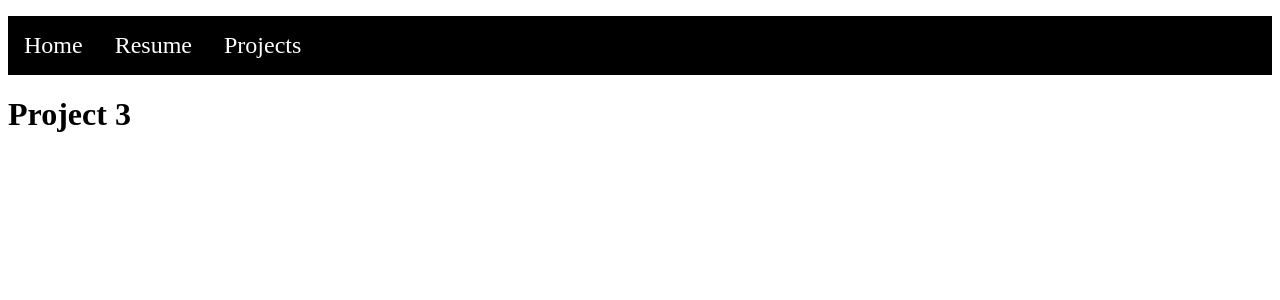
Repository: Dankusmemius/Dankusmemius.github.io
Page: project3.html
The author's editor kept a record of every edit. The page is drawn from the files as they stood at one moment, then again after the next edit.
The browser window is 1280 px wide. The pictures show the whole page.

Above is the page before.

### project3.html
<!DOCTYPE html>
<html>
  <head>
  <title>Project 3</title>
  <link rel="stylesheet" type="text/css" href="style.css">

  </head>
  <body>
    <ul class="navbar">
      <li><a href="/index.html">Home</a></li>
      <li><a href="resume.html">Resume</a></li>
      <li class = "dropdown">
        <div>Projects</div>
        <ul class="dropdown-content">
          <li><a href="#">Project 1</a></li>
          <li><a href="#">Project 2</a></li>
          <li><a href="#">Project 3</a></li>
        </ul>
      </li>

    </ul>
    <h1>Project 3</h1>

  </body>
</html>

### style.css
.navbar{
      list-style: none;
      background-color: black;
      overflow: hidden;
      padding: 0;
    }

    .navbar a, .dropdown div{
      text-decoration: none;
      color: white;
      font-size: 24px;
      padding: 16px;
      display: inline-block;
    }
    .navbar li{
      float: left;
    }

    .navbar li:hover{
      background-color: brown;
    }

    .dropdown-content{
      list-style: none;
      padding: 0;
      display: none;
      position: absolute;
      z-index: 1;
      background-color: black;
    }

    .dropdown-content li{
      float:none;
    }

    .dropdown:hover .dropdown-content{
      display: block;
    }
    .active{
        background-color:blue;
    }

     .p{
       font-size: 30px;
     }

After the next edit:
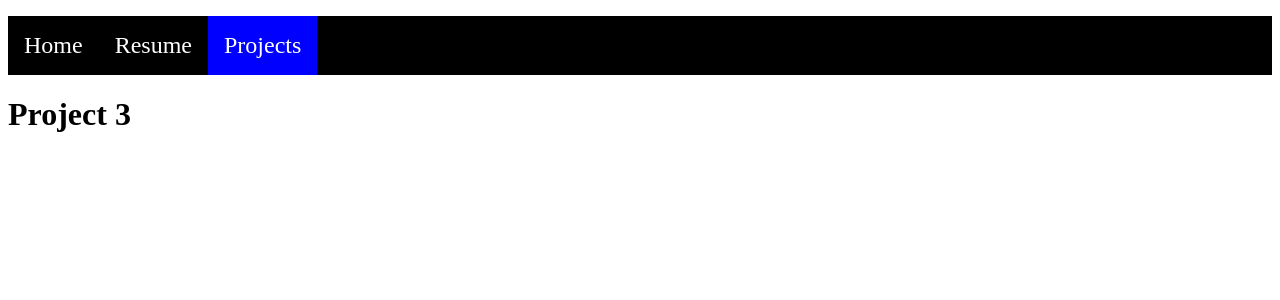
The edit:
--- a/project3.html
+++ b/project3.html
@@ -10,7 +10,7 @@
       <li><a href="/index.html">Home</a></li>
       <li><a href="resume.html">Resume</a></li>
       <li class = "dropdown">
-        <div>Projects</div>
+        <div class="active">Projects</div>
         <ul class="dropdown-content">
           <li><a href="#">Project 1</a></li>
           <li><a href="#">Project 2</a></li>
